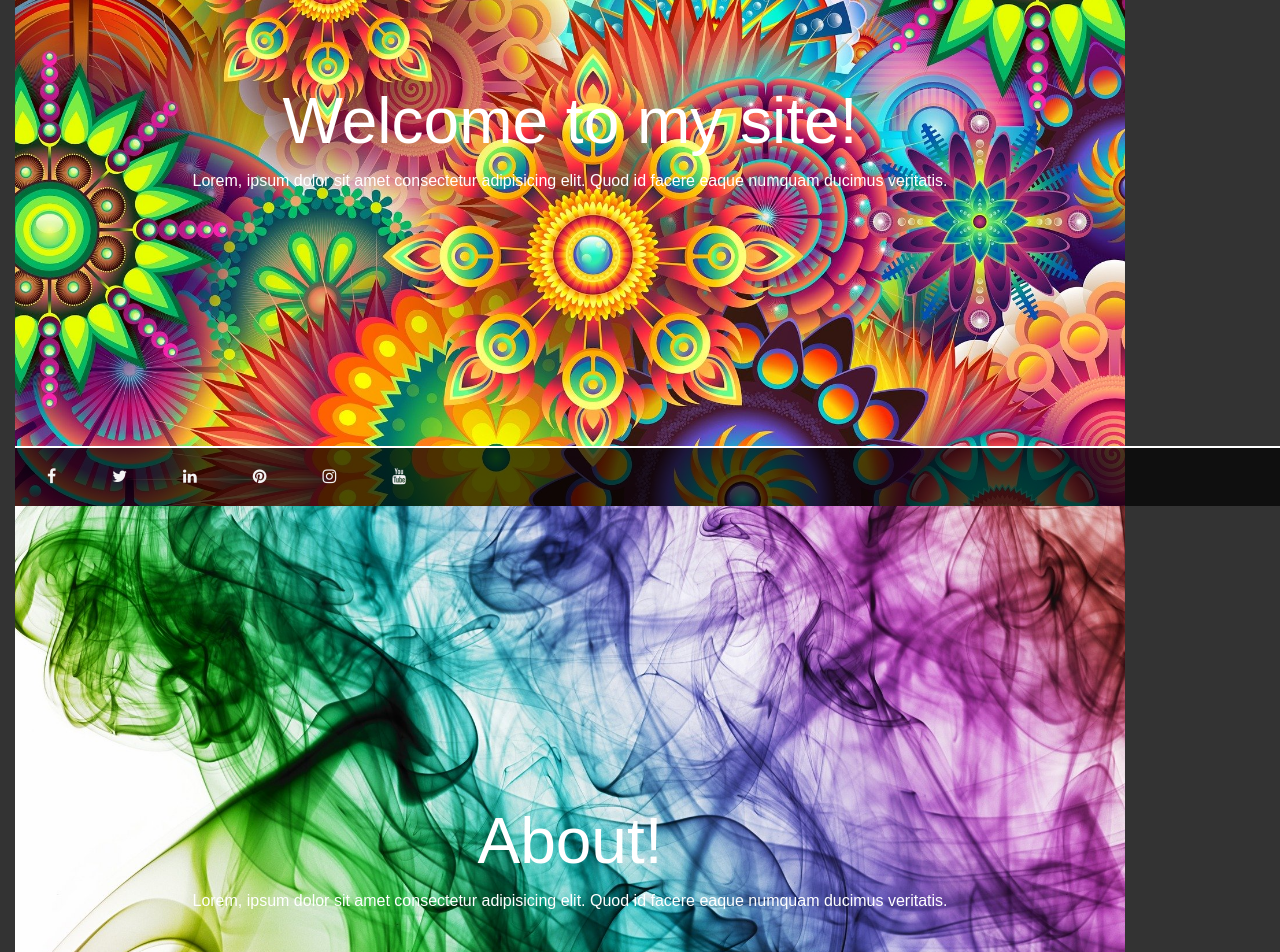
Repository: lemon-squeezy/milestone-project-1
Page: index.html
The author's editor kept a record of every edit. The page is drawn from the files as they stood at one moment, then again after the next edit.
The browser window is 1280 px wide. The pictures show the part of the page from y = 214 to 1166 px (the page is 2880 px tall).
Some web libraries are served in a nearby version.

Above is the page before.

### index.html
<!DOCTYPE html>
<html lang="en">
<head>
    <meta charset="UTF-8">
    <meta name="viewport" content="width=device-width, initial-scale=1.0">
    <title>Smooth Scroll Landing Page</title>
        <link rel="stylesheet" href="https://maxcdn.bootstrapcdn.com/bootstrap/4.2.1/css/bootstrap.min.css" type="text/css" />
    <link rel="stylesheet" href="https://maxcdn.bootstrapcdn.com/font-awesome/4.7.0/css/font-awesome.min.css" type="text/css" />
    <link rel="stylesheet" href="https://cdnjs.cloudflare.com/ajax/libs/hover.css/2.1.1/css/hover-min.css" type="text/css" />
    <link rel="stylesheet" href="style.css">
</head>
<body>
    <div class="row container no-gutters">
        <nav class="navbar col-12">
            <ul>
                <li><a href="#home">Home</a></li>
                <li><a href="#about">About</a></li>
                <li><a href="#service">Service</a></li>
                <li><a href="#contact">Contact</a></li>
            </ul>
        </nav>
        <section id="home"class="row no-gutters">
            <h1>Welcome to my site!</h1>
            <p>Lorem, ipsum dolor sit amet consectetur adipisicing elit. Quod id facere eaque numquam ducimus veritatis.</p>
        </section>
        <section id="about"class="row no-gutters">
            <h1>About!</h1>
            <p>Lorem, ipsum dolor sit amet consectetur adipisicing elit. Quod id facere eaque numquam ducimus veritatis.</p>
        </section>
        <section id="service"class="row no-gutters">
            <h1>Service</h1>
            <p>Lorem, ipsum dolor sit amet consectetur adipisicing elit. Quod id facere eaque numquam ducimus veritatis.</p>
        </section>
        <section id="contact"class="row no-gutters">
            <h1>Contact</h1>
            <p>Lorem, ipsum dolor sit amet consectetur adipisicing elit. Quod id facere eaque numquam ducimus veritatis.</p>
        </section>
        <footer class="footer">
            <div class="footerbar">
            <ul class="list-inline social-links">
                    <li class="list-inline-item">
                        <a target="_blank" href="#">
                            <i class="fa fa-facebook" aria-hidden="true"></i>
                            <span class="sr-only">Facebook</span>
                        </a>
                    </li>
                    <li class="list-inline-item">
                        <a target="_blank" href="#">
                            <i class="fa fa-twitter" aria-hidden="true"></i>
                            <span class="sr-only">Twitter</span>
                        </a>
                    </li>
                    <li class="list-inline-item">
                        <a target="_blank" href="#">
                            <i class="fa fa-linkedin" aria-hidden="true"></i>
                            <span class="sr-only">LinkedIn</span>
                        </a>
                    </li>
                    <li class="list-inline-item">
                        <a target="_blank" href="#">
                            <i class="fa fa-pinterest" aria-hidden="true"></i>
                            <span class="sr-only">Pinterest</span>
                        </a>
                    </li>
                    <li class="list-inline-item">
                        <a target="_blank" href="#">
                            <i class="fa fa-instagram" aria-hidden="true"></i>
                            <span class="sr-only">Instagram</span>
                        </a>
                    </li>
                    <li class="list-inline-item">
                        <a target="_blank" href="#">
                            <i class="fa fa-youtube" aria-hidden="true"></i>
                            <span class="sr-only">YouTube</span>
                        </a>
                    </li>
                </ul>
        </nav>
        </footer>
    </div>

</body>
</html>

### style.css
* {
    margin: 0;
    padding: 0;
  }

  body {
    font-family: Arial, Helvetica, sans-serif;
    background: #333;
    color: #fff;
    height: 100vh;
    line-height: 1.6;
    overflow: hidden;
    margin: 0;
  }

  .container-fluid {
    width: 100%;
    height: 100%;
    /* CSS Smooth Scroll */
    overflow-y: scroll;
    scroll-behavior: smooth;
    scroll-snap-type: y mandatory;
    margin: 0;
    padding: 0;
  }

  .lead {
    font-size: 1.5rem;
  }
  .navbar {
    position: fixed;
    top: 0;
    z-index: 1;
    display: flex;
    width: 100%;
    height: 60px;
    background: rgba(0,0,0,0.7);
    border-bottom: 2px solid #FFF;
  }
  .navbar-brand {
    top: 0;
    left:0;
    position: relative;
    background: url(images/Logo.jpg);
    width: 47px;
    background-size: contain;
    background-repeat: no-repeat;
    border-radius: 5px;
}

  .navbar ul {
    display: flex;
    list-style: none;
    width: 100%;
    justify-content: center;
  }

  .navbar ul li {
    margin: 0 1rem;
    padding: 1rem;
  }

  .navbar ul li a {
    text-decoration: none;
    text-transform: uppercase;
    color: #f4f4f4;
  }

  .navbar ul li a:hover {
    color: skyblue;
  }

  section {
    display: flex;
    flex-direction: column;
    align-items: center;
    justify-content: center;
    text-align: center;
    width: 100%;
    height: 100vh;

    /* Scroll Snap */
    scroll-snap-align: center;
  }

  section h1 {
    font-size: 4rem;
  }

  /* Section Images */
  section#home {
    background: url('images/psychedelic.jpg') no-repeat center center/cover;;
  }

  section#about {
    background: url('images/colour-bg1.jpg') no-repeat center center/cover;;
  }

  section#service {
    background: url('images/colour-bg2.jpg') no-repeat center center/cover;;
  }

  section#contact {
    background: url('https://source.unsplash.com/2aAHlfDOhJM/1600x900') no-repeat center center/cover;;
  }

  footer {
    position: fixed;
    bottom: 0;
    z-index: 1;
    display: flex;
    width: 100%;
    height: 60px;
    background: rgba(0,0,0,0.7);
    border-top: 2px solid #FFF;
  }

    .footerbar ul {
    display: flex;
    list-style: none;
    width: 100%;
  }

  .footerbar ul li {
    margin: 0 1rem;
    padding: 1rem;
  }

  .footerbar ul li a {
    text-decoration: none;
    text-transform: uppercase;
    color: #f4f4f4;
  }

  .footerbar ul li a:hover {
    color: skyblue;
  }

After the next edit:
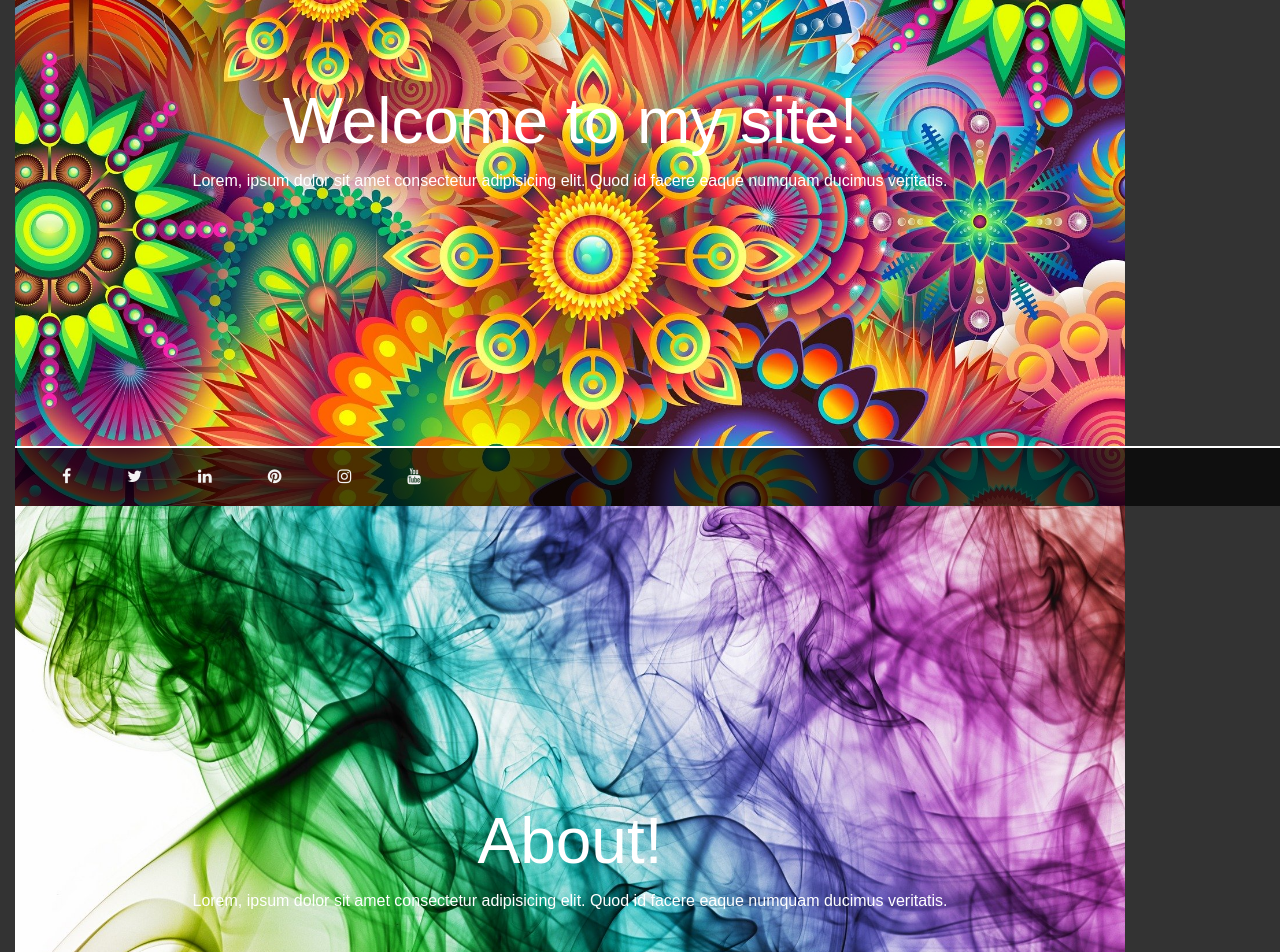
The edit:
--- a/index.html
+++ b/index.html
@@ -36,7 +36,7 @@
             <p>Lorem, ipsum dolor sit amet consectetur adipisicing elit. Quod id facere eaque numquam ducimus veritatis.</p>
         </section>
         <footer class="footer">
-            <div class="footerbar">
+            <div class="footerbar col-12">
             <ul class="list-inline social-links">
                     <li class="list-inline-item">
                         <a target="_blank" href="#">
